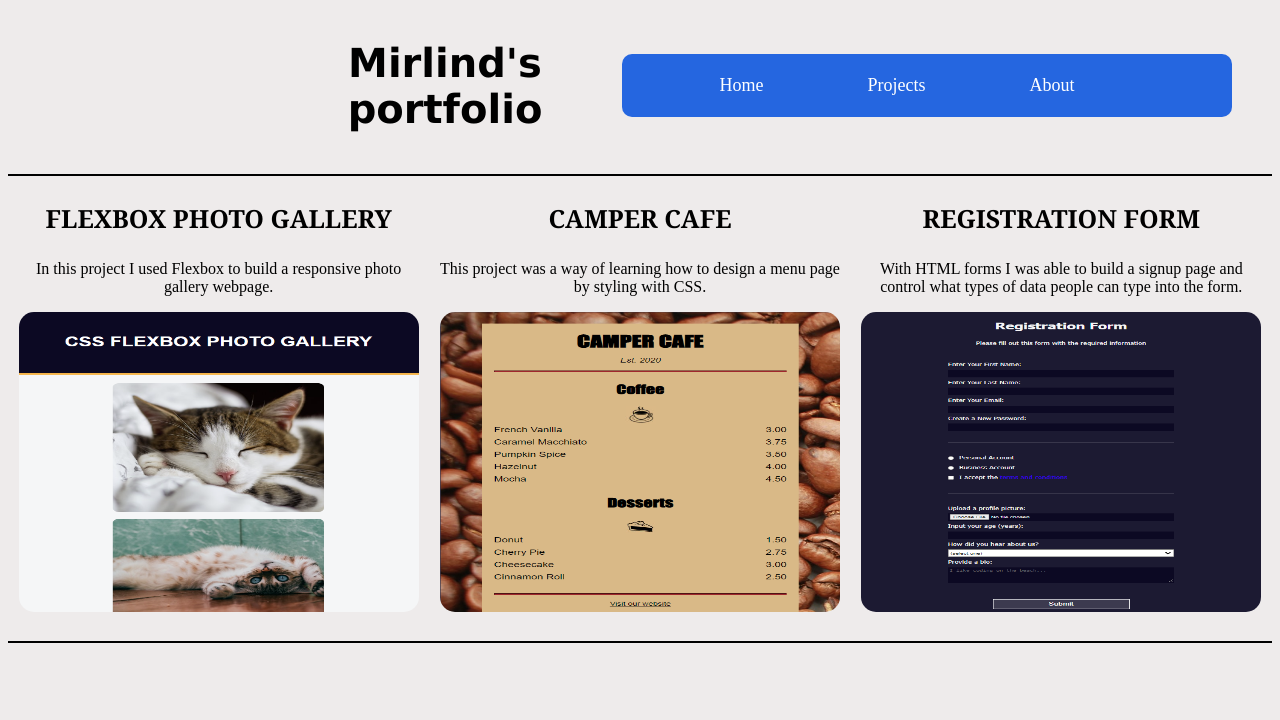
Repository: mirkbirki/mirkbirki.github.io
Page: index.html
An editor plug-in stored every save of this project. The page is shown before and after the next save, followed by the edit.
The browser window is 1280 px wide. The pictures show the whole page.

Above is the page before, as saved 2022-10-20 14:28:14.

After the next save:
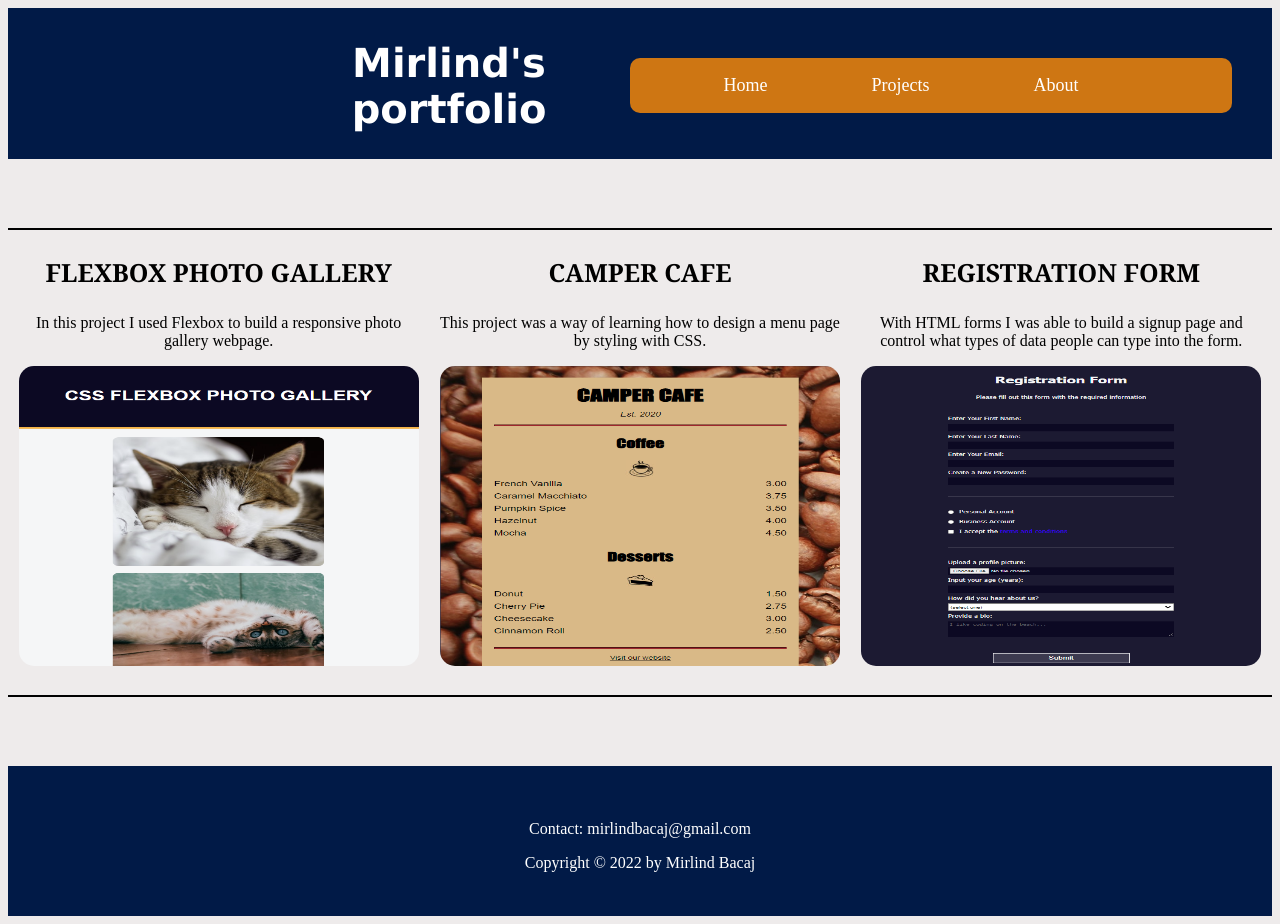
Saved 29 h 35 min later.
--- a/index.html
+++ b/index.html
@@ -12,7 +12,7 @@
         <div class="header">
          <h1>Mirlind's portfolio</h1>
          <nav>
-              <div class="nav">
+              <div class="nav"><!--TODO: Align list items to center of div-box-->
                    <ul>
                       <li><a href="#">Home</a></li>
                       <li><a href="#">Projects</a></li>
@@ -39,5 +39,11 @@
             <img src="registration form.PNG">
         </div>
     </div>
+    <footer>
+        <div class="footer">
+            <p><br><br><br>Contact: <a href=mailto: mirlindbacaj@gmail.com>mirlindbacaj@gmail.com</a></p>
+            <p>Copyright © 2022 by Mirlind Bacaj</p>
+        </div>
+    </footer>
 </body>
 </html>
--- a/styles.css
+++ b/styles.css
@@ -5,11 +5,13 @@ body {
 h1 {
     font-size: 40px;
     font-family:'Lucida Sans', 'Lucida Sans Regular', 'Lucida Grande', 'Lucida Sans Unicode', Geneva, Verdana, sans-serif;
+    color: white
 }
 
 header {
     text-align: center;
     padding-top: 20px;
+    background-color: rgb(1, 26, 71);
 }
 
 .header {
@@ -22,15 +24,16 @@ header {
 }
 
 .nav {
-    background-color: rgb(37, 102, 224);
+    background-color: rgb(206, 118, 19);
     width: 600px;
     border-radius: 10px;
-    padding: 5px;
+    padding: 1px;
 }
 
 .nav li {
     display: inline;
     padding-right: 100px;
+    color: black;
 }
 
 .nav a {
@@ -39,8 +42,8 @@ header {
     text-decoration: none;
 }
 
-a:hover {
-    color: rgb(7, 248, 27);
+.nav a:hover {
+    color: rgb(0, 0, 0);
     font-size: 18px;
     text-decoration: none;
 }
@@ -60,7 +63,7 @@ nav {
     border-top: 2px solid black;
     border-bottom: 2px solid black;
     display: flex;
-    margin-top: 20px;
+    margin-top: 74px;
     padding-bottom: 25px;
 }
 
@@ -86,3 +89,24 @@ img {
     width: 400px;
     border-radius: 15px;
 }
+
+.footer {
+    background-color: rgb(1, 26, 71);
+    margin-top: 69px;
+    height: 150px;
+    color: white;
+    text-align: center;
+}
+
+footer a{
+    color: white;
+    text-decoration: 0;
+}
+
+footer a:hover {
+    color: rgb(206, 118, 19);
+}
+
+footer a:visited {
+    color: white;
+}
